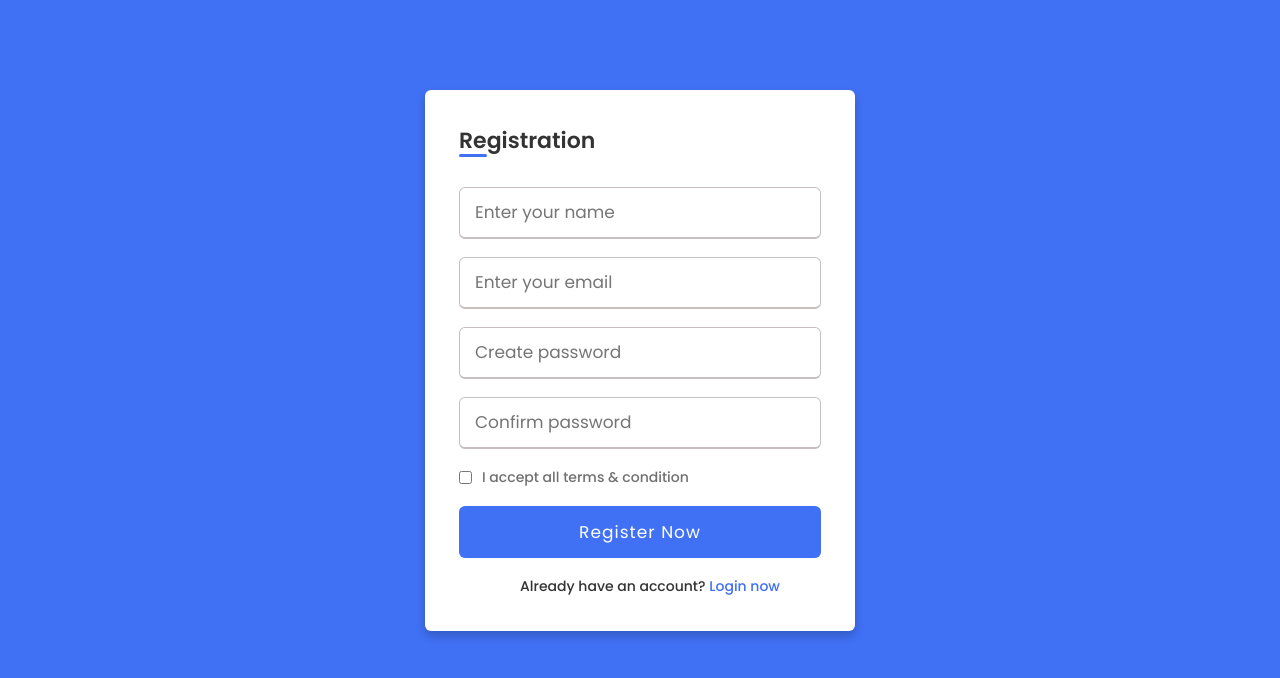
Repository: maximusprimeavenger/LibraryJavaServlet
Page: Servlet/src/main/webapp/Registration.html
These files come from the project's save history. The page is drawn as it stood at one moment and after the next save; the edit follows.
The browser window is 1280 px wide. The pictures show the whole page.

Above is the page before, as saved 2024-03-30 12:13:11.
Not found: Servlet/src/main/webapp/style.css

After the next save:
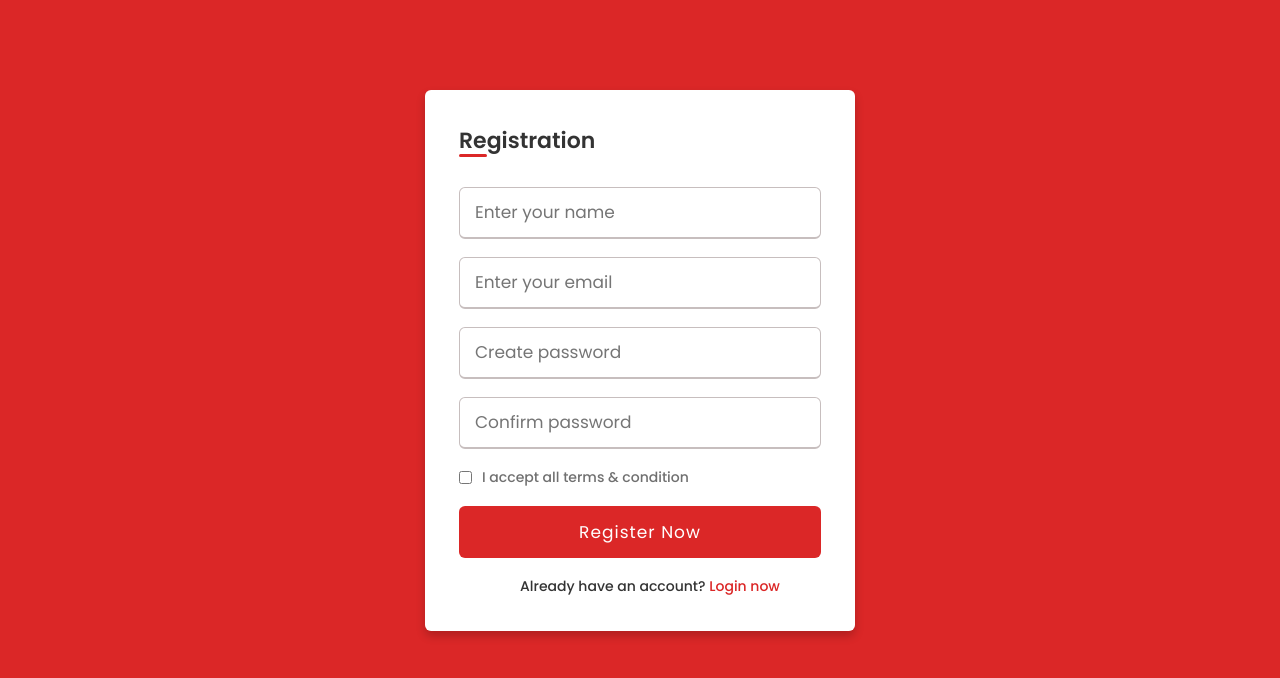
Saved 103 s later.
--- a/Servlet/src/main/webapp/Registration.html
+++ b/Servlet/src/main/webapp/Registration.html
@@ -18,7 +18,7 @@
 		  display: flex;
 		  align-items: center;
 		  justify-content: center;
-		  background: #4070f4;
+		  background: 		  #db2727;
 		}
 		.wrapper{
 		  position: relative;
@@ -43,7 +43,7 @@
 		  height: 3px;
 		  width: 28px;
 		  border-radius: 12px;
-		  background: #4070f4;
+		  background: 		  #db2727;
 		}
 		.wrapper form{
 		  margin-top: 30px;
@@ -67,7 +67,7 @@
 		}
 		.input-box input:focus,
 		.input-box input:valid{
-		  border-color: #4070f4;
+		  border-color: 			#db2727;
 		}
 		form .policy{
 		  display: flex;
@@ -83,7 +83,7 @@
 		  color: #fff;
 		  letter-spacing: 1px;
 		  border: none;
-		  background: #4070f4;
+		  background: 		  #db2727;
 		  cursor: pointer;
 		}
 		.input-box.button input:hover{
@@ -95,7 +95,7 @@
 		 text-align: center;
 		}
 		form .text h3 a{
-		  color: #4070f4;
+		  color: 			#db2727;
 		  text-decoration: none;
 		}
 		form .text h3 a:hover{
